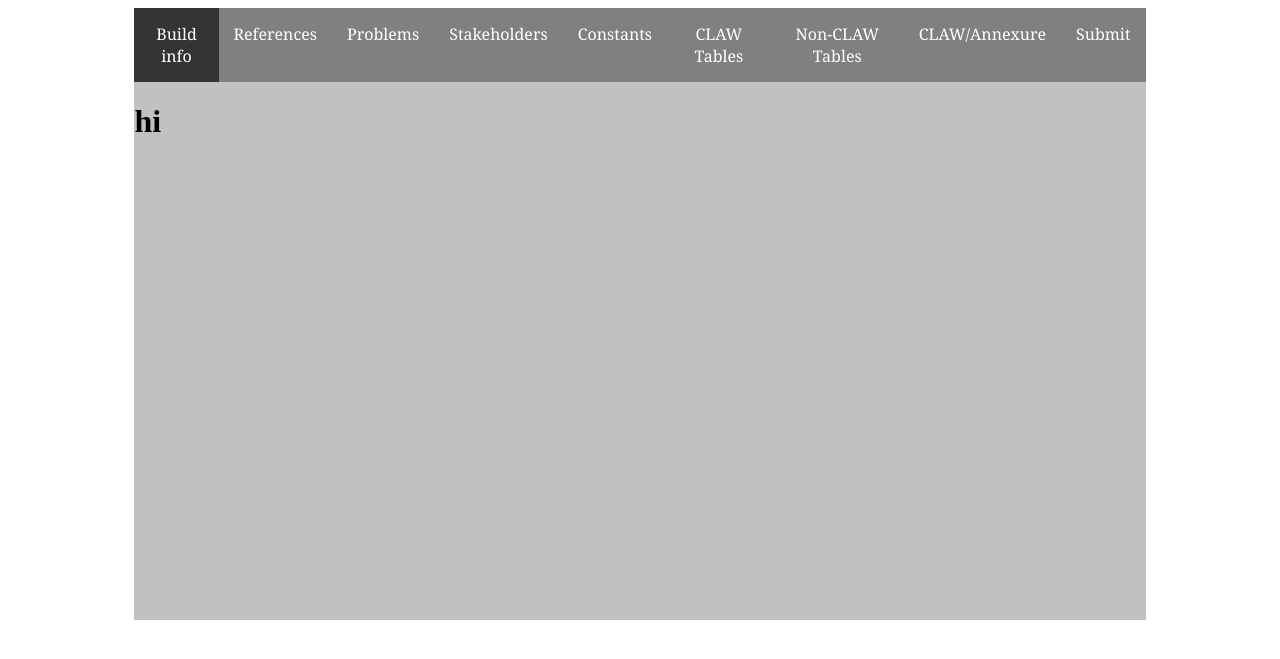
Repository: Rammjay/vimala-activity-report
Page: http://localhost/
An editor plug-in stored every save of this project. The page is shown before and after the next save, followed by the edit.
The browser window is 1280 px wide. The pictures show the whole page.
The page is served by the project's application, run on Django 5.2 (report/manage.py). Other server files are loaded and not shown.

Above is the page before, as saved 2024-09-22 11:14:50.

### vim/report/reports/templates/1.html
<html>
    <head>

    <style>
        html {
            overflow: hidden;
            background-color: rgb(255, 255, 255);
        }
        h4 {
            text-align: left;
        }
        .container {
            max-width: 80%;
            margin: auto;
            height: 85vh;
            background-color: rgb(193, 193, 193);
        }
        fieldset {
            height: fit-content;
            font-family: Cambria, Cochin, Georgia, Times, 'Times New Roman', serif;
        }
        .navbar ul {
            display: flex;
            list-style-type: none;
            background-color: grey;
            padding: 0px;
            margin: 0px;
            overflow: hidden;
            width: 100%;
        }
        .navbar a {
            color: white;
            text-decoration: none;
            padding: 15px;
            display: block;
            font-family: Cambria, Cochin, Georgia, Times, 'Times New Roman', serif;
            text-align: center;
        }
        .navbar a:hover {
            background-color: rgb(101, 101, 101);
        }
        .navbar li {
            flex-grow: 1;
        }
        .grid-container {
            align-items: center;
            display: grid;
            width: 70%;
            height: 50vh;
            padding-top: 5vh;
            padding-left: 10vh;
            grid-template-columns: 1fr 1fr;
            grid-template-rows: 1fr 1fr;
            gap: 10px;
        }
        .grid-item {
            background-color: rgb(193, 193, 193);
            display: flex;
            font-family: Cambria, Cochin, Georgia, Times, 'Times New Roman', serif;
            font-size: 24px;
            padding-left: 5vh;
            color: white;
            border-radius: 8px;
        }
        .bt {
            padding-left: 18vh;
            padding-top: 12vh;
            font-family: Cambria, Cochin, Georgia, Times, 'Times New Roman', serif;
        }
        .exit {
            text-align: center;
            font-family: Cambria, Cochin, Georgia, Times, 'Times New Roman', serif;
        }
        .exitb {
            margin-left: 2vh;
            background-color: #f86e64;
            font-family: Cambria, Cochin, Georgia, Times, 'Times New Roman', serif;
            color: white;
            padding: 10px;
            text-align: center;
            font-size: 16px;
        }
        .selected {
            background-color: rgb(52, 52, 52);
        }

    </style>
    </head>
    <body>
        <div class="container">
            <div class="header">
                <nav class="navbar" >
                    <ul>
                        <li class="selected"><a href="/" onclick="handleTabClick(event, this)">Build info</a></li>
                        <li><a href="/references" onclick="handleTabClick(event, this)">References</a></li>
                        <li><a href="/problems" onclick="handleTabClick(event, this)">Problems</a></li>
                        <li><a href="/stakeholders" onclick="handleTabClick(event, this)">Stakeholders</a></li>
                        <li><a href="/constants" onclick="handleTabClick(event, this)">Constants</a></li>
                        <li><a href="/claw" onclick="handleTabClick(event, this)">CLAW Tables</a></li>
                        <li><a href="/nonclaw" onclick="handleTabClick(event, this)">Non-CLAW Tables</a></li>
                        <li><a href="/annexure" onclick="handleTabClick(event, this)">CLAW/Annexure</a></li>
                        <li><a href="/submit" onclick="handleTabClick(event, this)">Submit</a></li>
                    </ul>
                </nav>
            </div>
            <h1>hi</h1>
        </div>
    </body>
</html>

### vim/report/report/views.py
from django.shortcuts import render, redirect
from django.core.exceptions import ValidationError
from reports.models import Table
import uuid
from django.http import HttpResponseRedirect


def main(request):

    return render(request, '1.html')

### vim/report/report/urls.py
"""
URL configuration for report project.

The `urlpatterns` list routes URLs to views. For more information please see:
    https://docs.djangoproject.com/en/5.1/topics/http/urls/
Examples:
Function views
    1. Add an import:  from my_app import views
    2. Add a URL to urlpatterns:  path('', views.home, name='home')
Class-based views
    1. Add an import:  from other_app.views import Home
    2. Add a URL to urlpatterns:  path('', Home.as_view(), name='home')
Including another URLconf
    1. Import the include() function: from django.urls import include, path
    2. Add a URL to urlpatterns:  path('blog/', include('blog.urls'))
"""
from django.contrib import admin
from django.urls import path
from . import views

urlpatterns = [
    path('admin/', admin.site.urls),
    path('',views.main, name="main"),
]

After the next save:
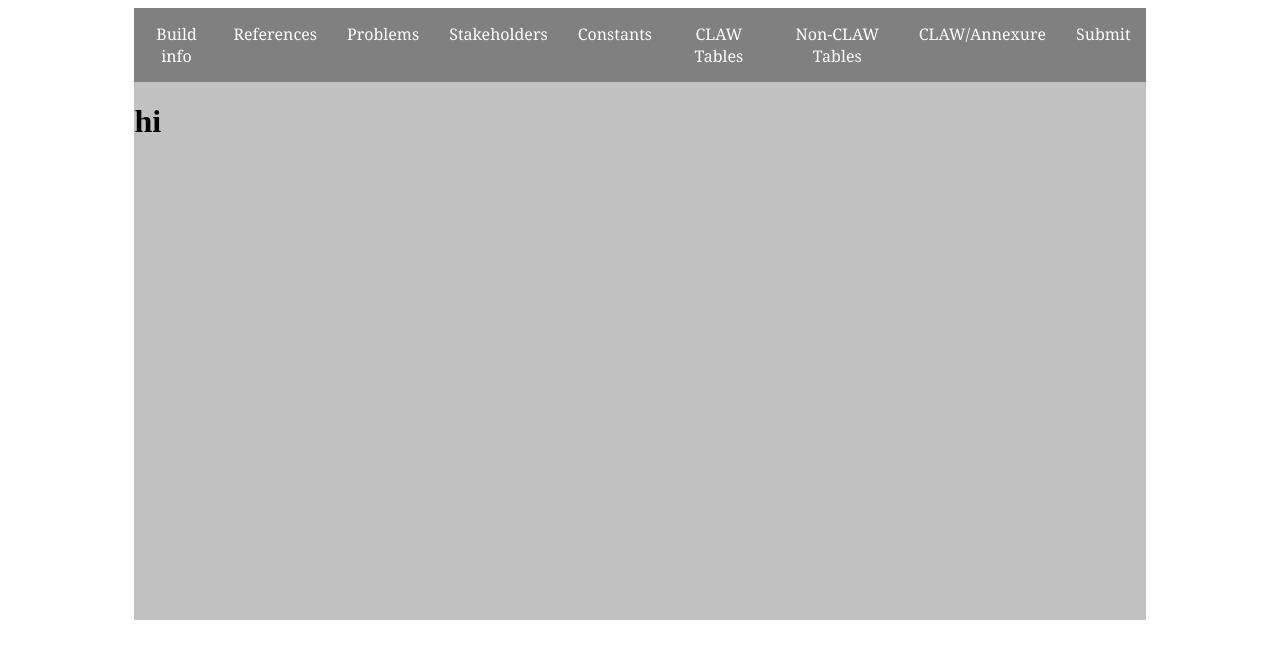
Saved 17 s later.
--- a/vim/report/reports/templates/1.html
+++ b/vim/report/reports/templates/1.html
@@ -81,8 +81,7 @@
             font-size: 16px;
         }
         .selected {
-            background-color: rgb(52, 52, 52);
-        }
+
 
     </style>
     </head>
